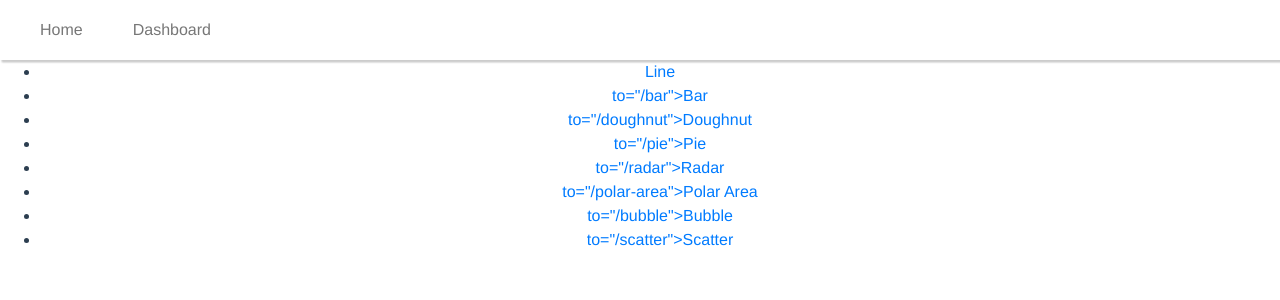
Repository: nashthecoder/vue_learn
Page: /dashboard (app in client/)
An editor plug-in stored every save of this project. The page is shown before and after the next save, followed by the edit.
The browser window is 1280 px wide. The pictures show the whole page.
The project was rebuilt for these pictures with package versions that can differ from the ones it lists, and the page was loaded fresh each time. Imported but missing from the stored project, and not drawn on this page: client/src/views/Home.vue.

Above is the page before, as saved 2020-12-24 23:43:43.

### client/public/index.html
<!DOCTYPE html>
<html lang="en">
  <head>
    <meta charset="utf-8">
    <meta http-equiv="X-UA-Compatible" content="IE=edge">
    <meta name="viewport" content="width=device-width,initial-scale=1.0">
    <link rel="icon" href="<%= BASE_URL %>favicon.ico">
    <title>Visualizations</title>
  </head>
  <body>
    <noscript>
      <strong>We're sorry but client doesn't work properly without JavaScript enabled. Please enable it to continue.</strong>
    </noscript>
    <div id="app"></div>
    <!-- built files will be auto injected -->
  </body>
</html>

### client/src/main.js
import Vue from "vue";
import App from "./App.vue";
import "bootstrap/dist/css/bootstrap.css";
import router from "./router";

Vue.config.productionTip = false;

new Vue({
  router,
  render: h => h(App)
}).$mount("#app");

### client/src/App.vue
<template>
  <div id="app">
    <ResponsiveNav
      :nav-links="navLinks"
      background="#fff"
      link-color="#777"
      hoverBackground="#ddd"
    />
    <router-view />
  </div>
</template>
<script>
import ResponsiveNav from "@/components/ResponsiveNav";

export default {
  components: {
    ResponsiveNav
  },
  data: () => ({
    navLinks: [
      {
        text: "Home",
        path: "/"
      },
      {
        text: "Dashboard",
        path: "/dashboard"
      }
    ]
  })
};
</script>
<style>
body {
  margin: 0;
}
#app {
  font-family: "Avenir", Helvetica, Arial, sans-serif;
  -webkit-font-smoothing: antialiased;
  -moz-osx-font-smoothing: grayscale;
  text-align: center;
  color: #2c3e50;
}
#nav {
  padding: 30px;
}

#nav a {
  font-weight: bold;
  color: #2c3e50;
}

#nav a.router-link-exact-active {
  color: #42b983;
}
</style>

### client/src/router.js
import Vue from "vue";
import VueRouter from "vue-router";
import Home from "./views/Home.vue";

Vue.use(VueRouter);

const routes = [
  {
    path: "/",
    name: "Home",
    component: Home
  },
  {
    path: "/dashboard",
    name: "Dashboard",
    component: () => import("./views/Dashboard.vue")
  },
  {
    path: "/line",
    name: "Line",
    component: () => import("./views/Line.vue")
  },
  {
    path: "/bar",
    name: "Bar",
    component: () => import("./views/Bar.vue")
  },
  {
    path: "/doughnut",
    name: "Doughnut",
    component: () => import("./views/Doughnut.vue")
  },
  {
    path: "/pie",
    name: "Pie",
    component: () => import("./views/Pie.vue")
  },
  {
    path: "/radar",
    name: "Radar",
    component: () => import("./views/Radar.vue")
  },
  {
    path: "/polar-area",
    name: "PolarArea",
    component: () => import("./views/PolarArea.vue")
  },
  {
    path: "/bubble",
    name: "Bubble",
    component: () => import("./views/Bubble.vue")
  },
  {
    path: "/scatter",
    name: "Scatter",
    component: () => import("./views/Scatter.vue")
  }
];
const router = new VueRouter({
  mode: "history",
  base: process.env.BASE_URL,
  routes
});

export default router;

### client/src/components/ResponsiveNav.vue
<template>
  <nav :style="{ background: background || '#333' }">
    <ul :style="{ background: background || '#333' }"ref="nav">
      <figure class="image-logo" @click="toggleNav"></figure>
      <li
        v-for="(link, index) in navLinks" :key="index"
        @mouseenter="$event.currentTarget.style.background = hoverBackground || '#999'"
        @mouseleave="$event.currentTarget.style.background = background || '#333'"
      >
        <router-link :to="link.path" :style="{ color: linkColor || '#ddd' }">
          {{ link.text }}
          <i :class="link.icon" />
        </router-link>
      </li>
    </ul>
  </nav>
</template>
<script>
export default {
  props: [
    "navLinks",
    "background",
    "linkColor",
    "hoverBackground",
    "imagePath"
  ],
  methods: {
    toggleNav() {
      const nav = this.$refs.nav.classList
      nav.contains("active") ? nav.remove("active") : nav.add("active")
    }
  }
};
</script>

<style scoped lang="scss">
nav {
  height: 60px;
  width: 100%;
  box-shadow: 2px 2px 2px #ccc;
  ul {
    display: flex;
    height: 100%;
    align-items: center;
    margin-block-start: 0;
    margin-block-end: 0;
    padding-inline-start: 0;
    box-shadow: 2px 2px 2px #ccc;
    figure {
      cursor: pointer;
      margin-right: 10px;
    }
    a {
      text-decoration: none;
      display: flex;
      flex-direction: row-reverse;
      align-items: center;
    }
    i {
      margin-right: 10px;
      font-size: 22px;
    }
    li {
      list-style-type: none;
      padding: 10px 20px;
    }
  }
}
@media screen and (max-width: 759px) {
  nav {
    ul {
      position: absolute;
      width: 300px;
      flex-direction: column;
      left: -240px;
      transition: 300ms ease all;
      top: 60px;
      &.active {
        left: 0px;
      }
      figure {
        position: fixed;
        z-index: 1;
        top: 10px;
        left: 2px;
      }
      li {
        width: 100%;
        padding-left: 0;
        padding-right: 0;
      }
      a {
        flex-direction: row;
        margin-left: 20px;
        justify-content: space-between;
        margin-right: 13px;
      }
    }
  }
}
</style>

### client/src/views/Dashboard.vue
<template>
  <div id="sidebar">
    <ul>
      <li><a href="/line">Line</a></li>
      <li><a href="#">to="/bar">Bar</a></li>
      <li><a href="#">to="/doughnut">Doughnut</a></li>
      <li><a href="#">to="/pie">Pie</a></li>
      <li><a href="#">to="/radar">Radar</a></li>
      <li><a href="#">to="/polar-area">Polar Area</a></li>
      <li><a href="#">to="/bubble">Bubble</a></li>
      <li><a href="#">to="/scatter">Scatter</a></li>
    </ul>
  </div>
</template>

<script>
export default {
  components: {},
  data() {
    return {};
  }
};
</script>

<style scoped></style>

After the next save:
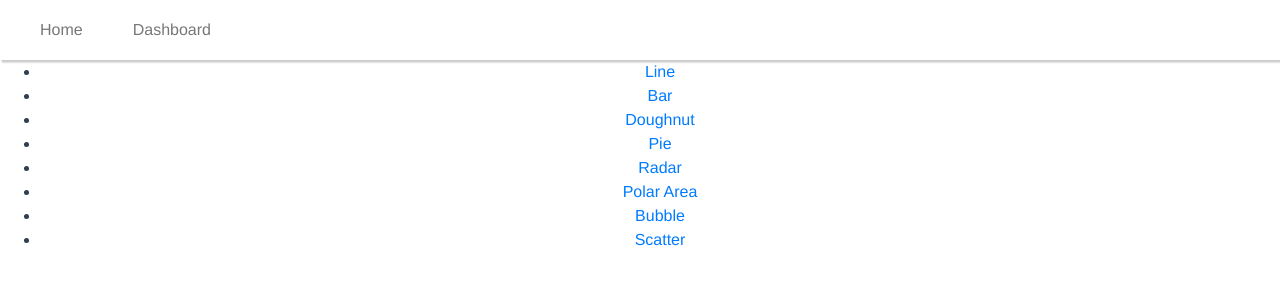
Saved 56 s later.
--- a/client/src/views/Dashboard.vue
+++ b/client/src/views/Dashboard.vue
@@ -2,13 +2,13 @@
   <div id="sidebar">
     <ul>
       <li><a href="/line">Line</a></li>
-      <li><a href="#">to="/bar">Bar</a></li>
-      <li><a href="#">to="/doughnut">Doughnut</a></li>
-      <li><a href="#">to="/pie">Pie</a></li>
-      <li><a href="#">to="/radar">Radar</a></li>
-      <li><a href="#">to="/polar-area">Polar Area</a></li>
-      <li><a href="#">to="/bubble">Bubble</a></li>
-      <li><a href="#">to="/scatter">Scatter</a></li>
+      <li><a href="/bar">Bar</a></li>
+      <li><a href="/doughnut">Doughnut</a></li>
+      <li><a href="/pie">Pie</a></li>
+      <li><a href="/radar">Radar</a></li>
+      <li><a href="/polar-area">Polar Area</a></li>
+      <li><a href="/bubble">Bubble</a></li>
+      <li><a href="/scatter">Scatter</a></li>
     </ul>
   </div>
 </template>
